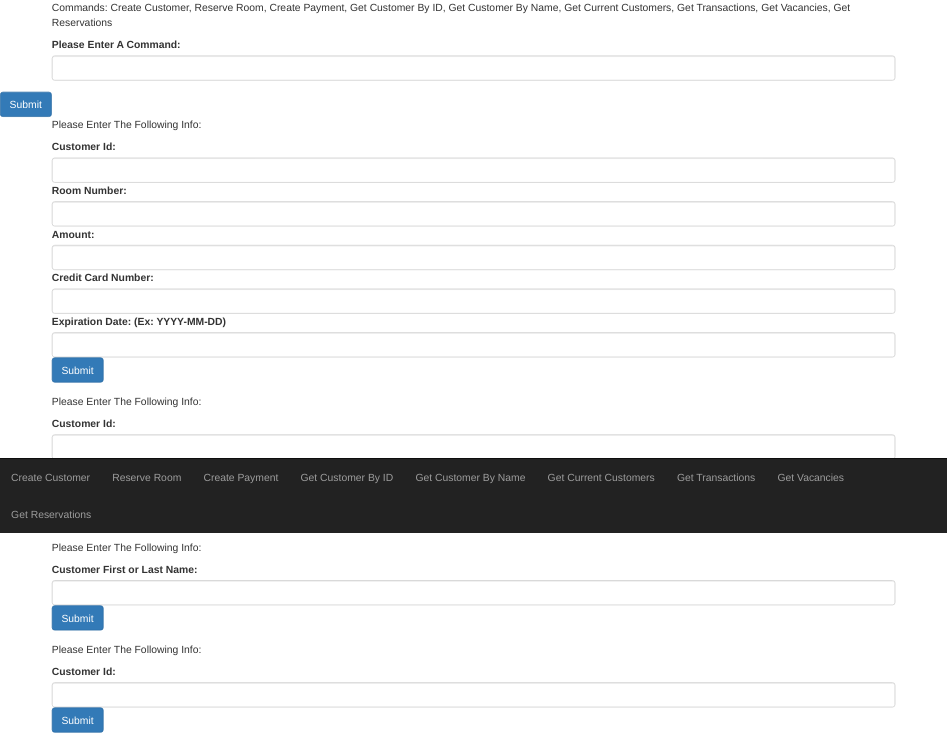
Repository: kddean/PA2
Page: Hotel Reservation System - Single Page/WebContent/HRS.html
An editor plug-in stored every save of this project. The page is shown before and after the next save, followed by the edit.
The browser window is 1280 px wide. The pictures show the whole page, at 74% of full size.

Above is the page before, as saved 2016-04-08 03:35:14.

After the next save:
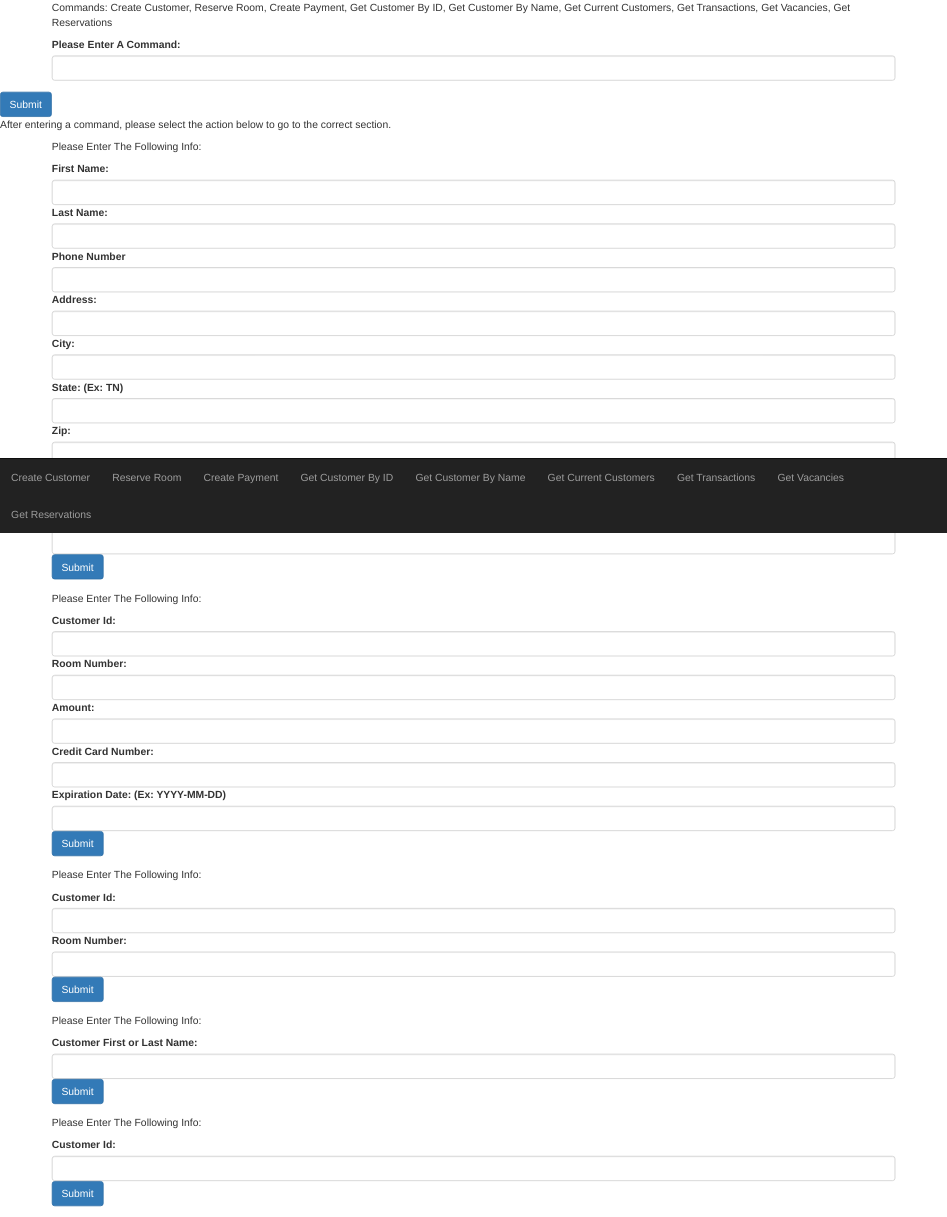
Saved 110 s later.
--- a/Hotel Reservation System - Single Page/WebContent/HRS.html
+++ b/Hotel Reservation System - Single Page/WebContent/HRS.html
@@ -46,9 +46,9 @@
 		</form>
 	</div>
 	<button id="act" class="btn btn-primary">Submit</button>
-
+<p>After entering a command, please select the action below to go to the correct section.</p>
 	<div class="container">
-		<form name="FindForm" id="FindForm" style="display: none;">
+		<form name="FindForm" id="FindForm" >
 			<div class="form-group">
 				<p>Please Enter The Following Info:</p>
 				<label for="first">First Name:</label><input type="text"
